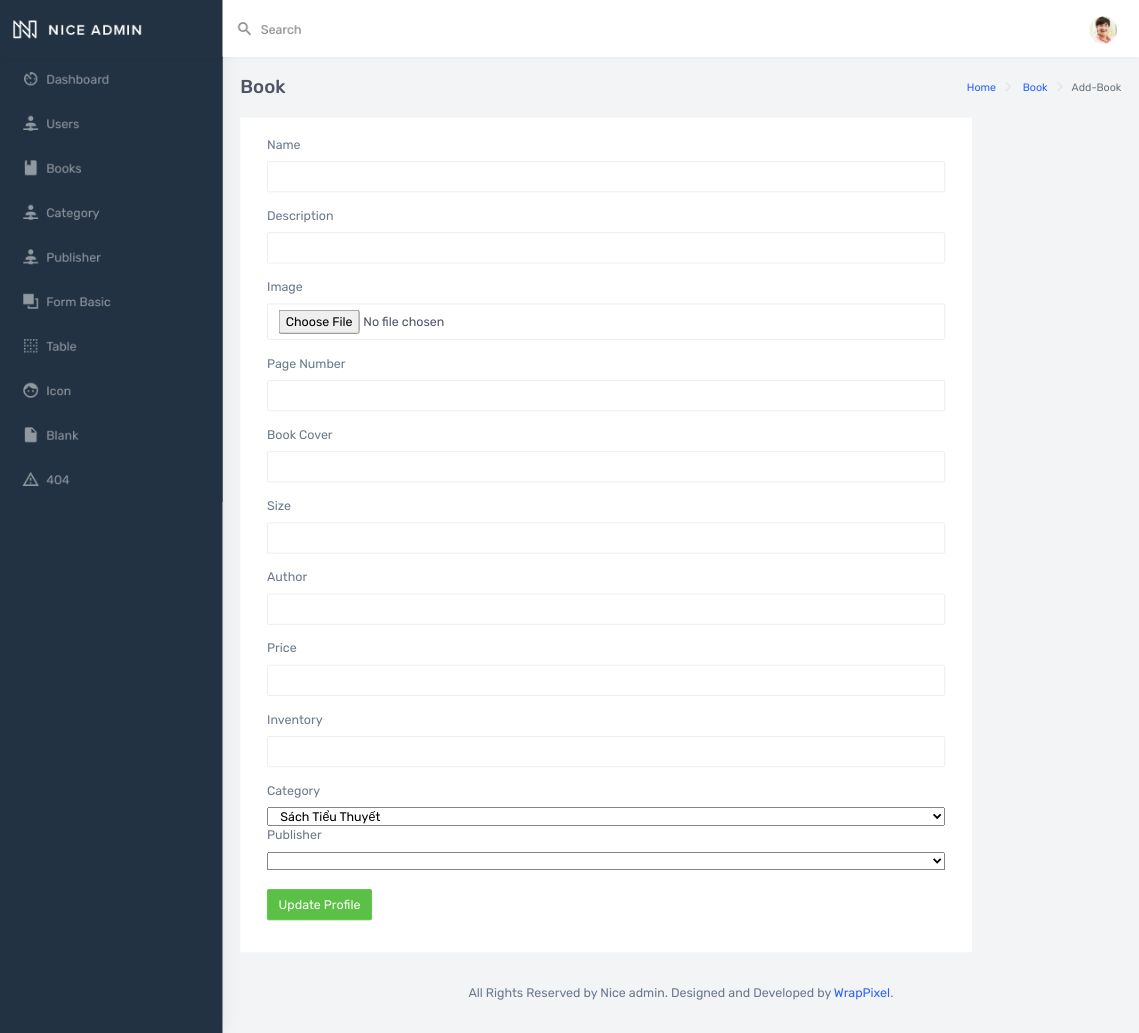
Repository: dev1xc/library-management-system
Page: http://localhost/admin/add-book
An editor plug-in stored every save of this project. The page is shown before and after the next save, followed by the edit.
The browser window is 1280 px wide. The pictures show the whole page, at 89% of full size.
Some web fonts or font styles are not loaded; a fallback is used. The page is served by the project's Laravel application, run on PHP 8.4 with Laravel 10. The first stored user is signed in. The database holds what the project's SQL file puts in it. Queries for data that is not in the repository find no rows.

Above is the page before, as saved 2024-02-08 02:39:16.
Console error: TypeError: Cannot read properties of null (reading 'querySelector')

After the next save:
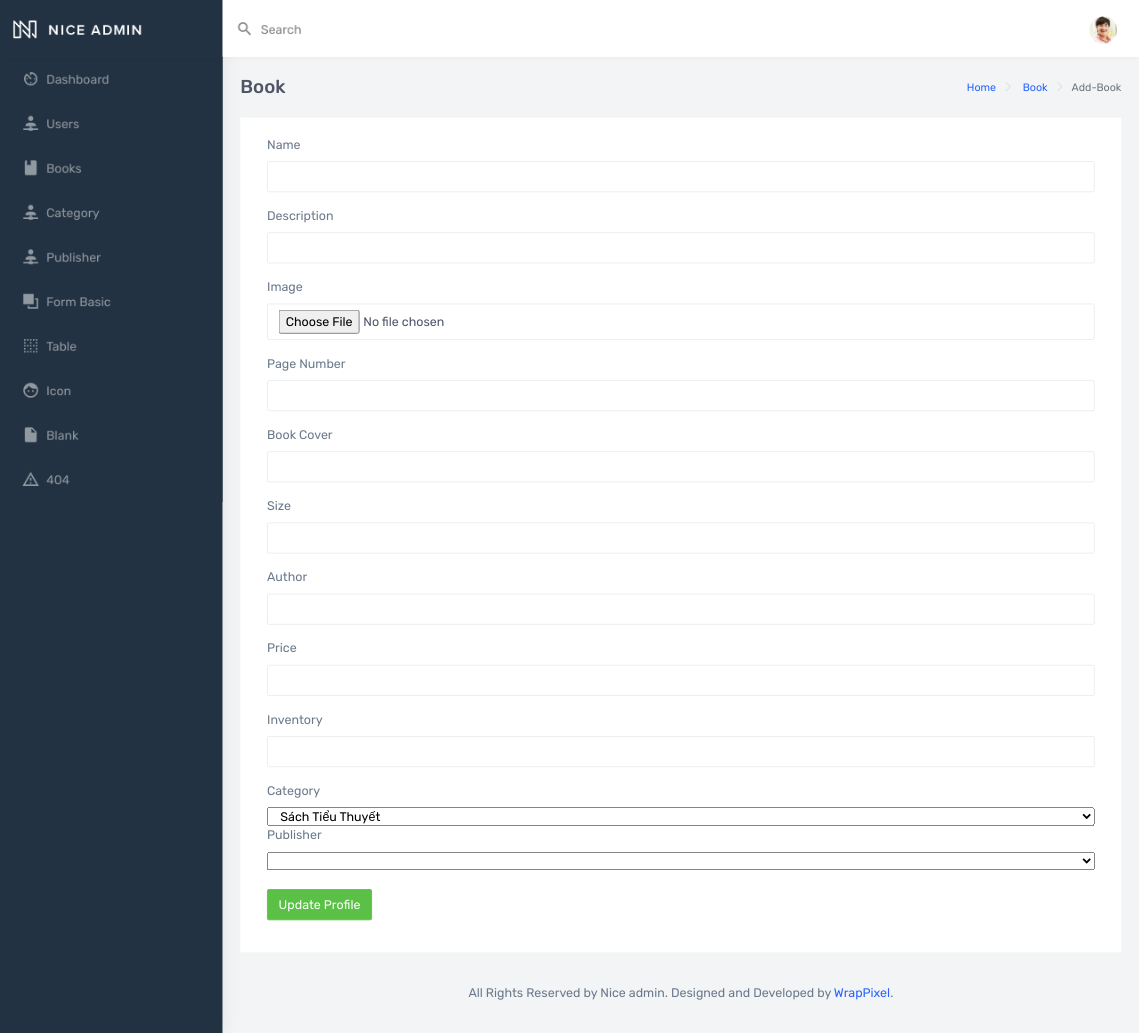
Saved 4 s later.
--- a/resources/views/admin/functions/book/add.blade.php
+++ b/resources/views/admin/functions/book/add.blade.php
@@ -46,7 +46,7 @@
       <!-- Column -->
       <!-- Column -->
       <!-- Column -->
-      <div class="col-lg-10 col-xlg-9 col-md-7">
+      <div class="col-lg-12 col-xlg-9 col-md-7">
         <div class="card">
           <div class="card-body">
             <form class="form-horizontal form-material" method="post" enctype="multipart/form-data">
